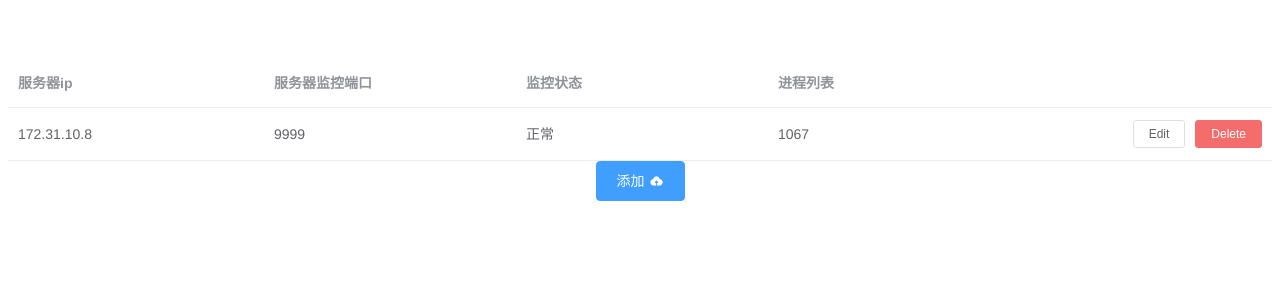
Repository: jiuceng1/monitor
Page: /#/show (app in nmonvue/)
An editor plug-in stored every save of this project. The page is shown before and after the next save, followed by the edit.
The browser window is 1280 px wide. The pictures show the whole page.
The project was rebuilt for these pictures with package versions that can differ from the ones it lists, and the page was loaded fresh each time. Also part of the build but not shown: nmonvue/src/components/HelloWorld.vue.

Above is the page before, as saved 2022-01-13 11:03:09.

After the next save:
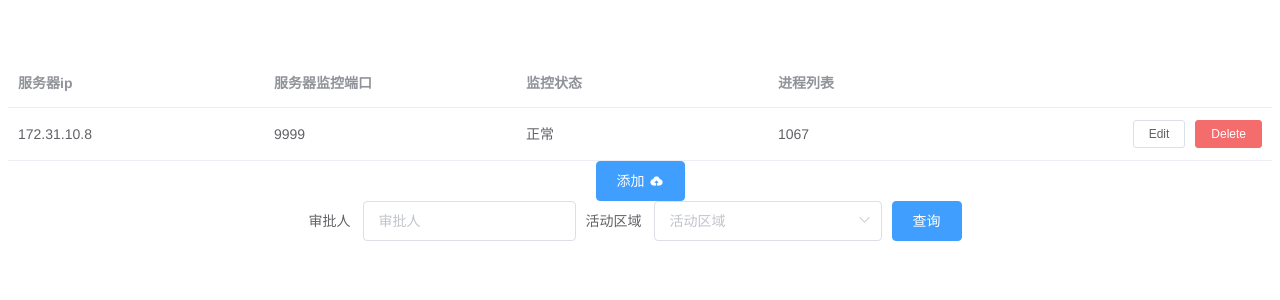
Saved 4 min 34 s later.
--- a/nmonvue/src/view/show.vue
+++ b/nmonvue/src/view/show.vue
@@ -56,6 +56,20 @@
     <el-button type="primary" @click="update()">确 定</el-button>
   </div>
 </el-dialog>
+<el-form :inline="true" :model="formInline" class="demo-form-inline">
+  <el-form-item label="审批人">
+    <el-input v-model="formInline.user" placeholder="审批人"></el-input>
+  </el-form-item>
+  <el-form-item label="活动区域">
+    <el-select v-model="formInline.region" placeholder="活动区域">
+      <el-option label="区域一" value="shanghai"></el-option>
+      <el-option label="区域二" value="beijing"></el-option>
+    </el-select>
+  </el-form-item>
+  <el-form-item>
+    <el-button type="primary" @click="onSubmit">查询</el-button>
+  </el-form-item>
+</el-form>
 </div>
 </template>
 
@@ -64,6 +78,10 @@ import axios from 'axios'
   export default {
     data() {
       return {
+          formInline: {
+          user: '',
+          region: ''
+        },
         showEnable: false,
         tableData: [{
           ip: '172.31.10.8',
